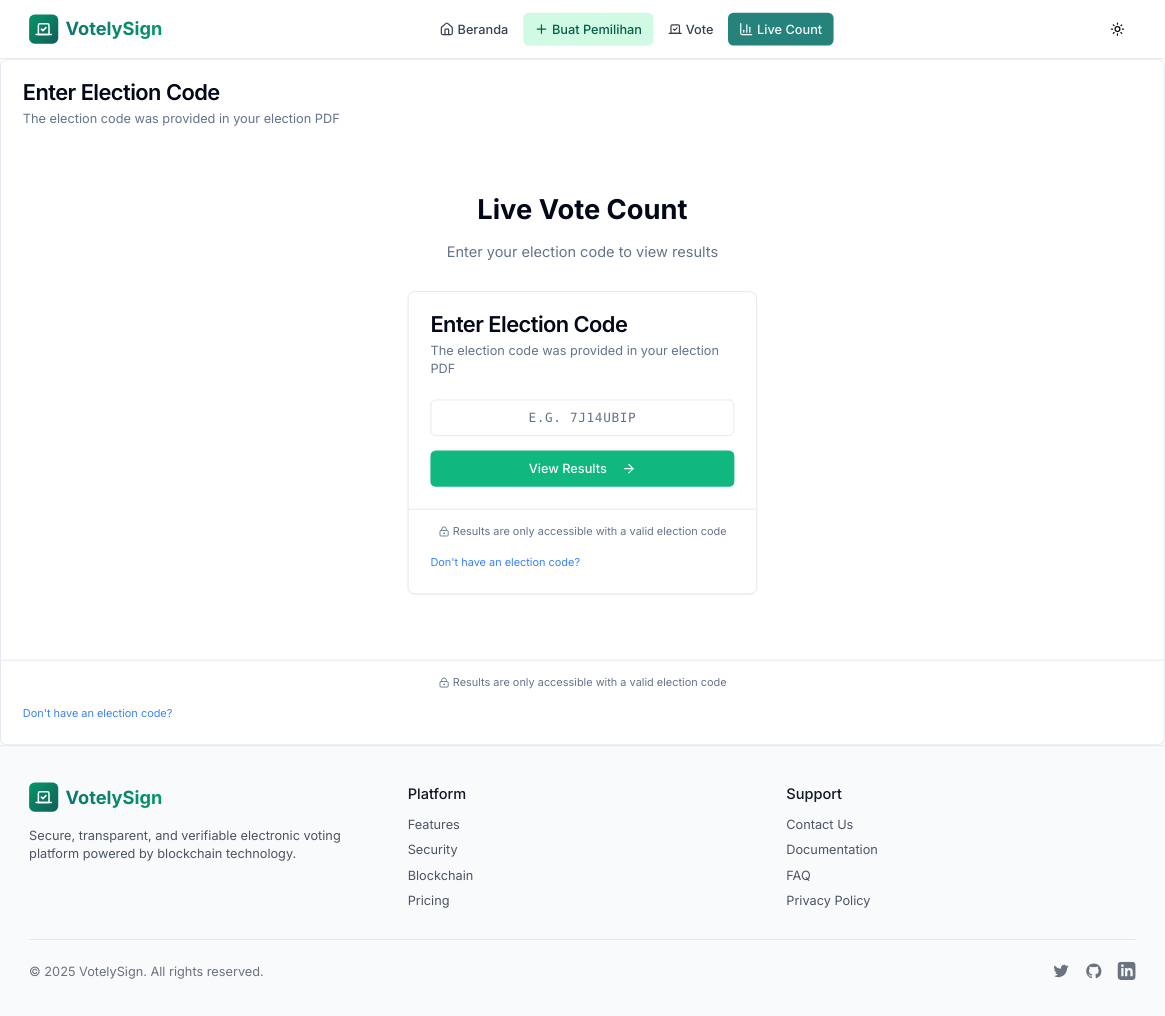
Repository: padiil/VotelySign
Page: /live-count
An editor plug-in stored every save of this project. The page is shown before and after the next save, followed by the edit.
The browser window is 1280 px wide. The pictures show the whole page, at 91% of full size.
The project was rebuilt for these pictures with package versions that can differ from the ones it lists, and the page was loaded fresh each time. The framework's server and built-in components were replaced by stand-ins that run in the browser. Also part of the build but not shown: next.config.mjs, components/ui/badge.tsx, components/ui/tabs.tsx, components/live-count/vote-distribution-chart.tsx, components/live-count/election-stats.tsx, components/live-count/live-updates.tsx, components/ui/avatar.tsx, components/ui/progress.tsx and 5 more.

Above is the page before, as saved 2025-05-22 23:27:59.

### app/layout.tsx
import React from "react";
import type { Metadata } from "next";
import { Inter } from "next/font/google";
import "./globals.css";
import { ThemeProvider } from "@/components/theme-provider";
import { Navbar } from "@/components/navbar";
import { Footer } from "@/components/footer";

const inter = Inter({ subsets: ["latin"] });

export const metadata: Metadata = {
  title: "VotelySign - Digital Voting Platform",
  description: "Vote digitally, signed & secured by blockchain",
  generator: "v0.dev",
};

export default function RootLayout({
  children,
}: Readonly<{
  children: React.ReactNode;
}>) {
  return (
    <html lang="en" suppressHydrationWarning>
      <body className={inter.className}>
        <ThemeProvider attribute="class" defaultTheme="light">
          <Navbar/>
          {children}
          <Footer/>
        </ThemeProvider>
      </body>
    </html>
  );
}

### app/globals.css
@tailwind base;
@tailwind components;
@tailwind utilities;

@layer base {
  :root {
    --background: 0 0% 100%;
    --foreground: 222.2 84% 4.9%;
    --card: 0 0% 100%;
    --card-foreground: 222.2 84% 4.9%;
    --popover: 0 0% 100%;
    --popover-foreground: 222.2 84% 4.9%;
    --primary: 160 84% 39%;
    --primary-foreground: 210 40% 98%;
    --secondary: 210 40% 96.1%;
    --secondary-foreground: 222.2 47.4% 11.2%;
    --muted: 210 40% 96.1%;
    --muted-foreground: 215.4 16.3% 46.9%;
    --accent: 210 40% 96.1%;
    --accent-foreground: 222.2 47.4% 11.2%;
    --destructive: 0 84.2% 60.2%;
    --destructive-foreground: 210 40% 98%;
    --border: 214.3 31.8% 91.4%;
    --input: 214.3 31.8% 91.4%;
    --ring: 160 84% 39%;
    --radius: 0.5rem;
  }

  .dark {
    --background: 222.2 84% 4.9%;
    --foreground: 210 40% 98%;
    --card: 222.2 84% 4.9%;
    --card-foreground: 210 40% 98%;
    --popover: 222.2 84% 4.9%;
    --popover-foreground: 210 40% 98%;
    --primary: 160 84% 39%;
    --primary-foreground: 222.2 47.4% 11.2%;
    --secondary: 217.2 32.6% 17.5%;
    --secondary-foreground: 210 40% 98%;
    --muted: 217.2 32.6% 17.5%;
    --muted-foreground: 215 20.2% 65.1%;
    --accent: 217.2 32.6% 17.5%;
    --accent-foreground: 210 40% 98%;
    --destructive: 0 62.8% 30.6%;
    --destructive-foreground: 210 40% 98%;
    --border: 217.2 32.6% 17.5%;
    --input: 217.2 32.6% 17.5%;
    --ring: 160 84% 39%;
  }
}

@layer base {
  * {
    @apply border-border;
  }
  body {
    @apply bg-background text-foreground;
  }
}

### components/navbar.tsx
"use client";

import * as React from "react";
import Link from "next/link";
import { usePathname } from "next/navigation";
import {
  Home,
  Vote,
  BarChart3,
  Plus,
  Moon,
  Sun,
  Menu,
  X,
  ChevronDown,
} from "lucide-react";
import { cn } from "@/lib/utils";
import { Button } from "@/components/ui/button";
import { Badge } from "@/components/ui/badge";
import { useTheme } from "next-themes";
import {
  DropdownMenu,
  DropdownMenuContent,
  DropdownMenuItem,
  DropdownMenuTrigger,
} from "@/components/ui/dropdown-menu";

interface NavbarProps {
  electionCode?: string;
  onChangeElection?: () => void;
  userRole?: "admin" | "voter" | null;
}

export function Navbar({
  electionCode,
  onChangeElection,
  userRole,
}: NavbarProps) {
  const pathname = usePathname();
  const [isMenuOpen, setIsMenuOpen] = React.useState(false);
  const { setTheme, theme } = useTheme();

  const routes = [
    {
      href: "/",
      label: "Beranda",
      icon: Home,
      active: pathname === "/",
    },
    {
      href: "/create",
      label: "Buat Pemilihan",
      icon: Plus,
      active: pathname === "/create",
      highlight: true,
    },
    {
      href: electionCode ? `/vote?code=${electionCode}` : "/vote",
      label: "Vote",
      icon: Vote,
      active: pathname === "/vote",
    },
    {
      href: electionCode ? `/live-count?code=${electionCode}` : "/live-count",
      label: "Live Count",
      icon: BarChart3,
      active: pathname === "/live-count",
    },
  ];

  return (
    <div className="sticky top-0 z-40 w-full backdrop-blur-md bg-white/70 dark:bg-gray-900/70 border-b border-gray-200 dark:border-gray-800 supports-backdrop-blur:bg-white/60 dark:supports-backdrop-blur:bg-gray-900/60">
      <div className="container flex h-16 items-center">
        {/* Left Section - Logo */}
        <div className="flex-none">
          <Link href="/" className="flex items-center gap-2">
            <div className="relative w-8 h-8 flex items-center justify-center rounded-md bg-gradient-to-br from-emerald-600 to-teal-800">
              <Vote className="h-5 w-5 text-white" />
            </div>
            <span className="hidden md:inline-block text-xl font-bold bg-gradient-to-r from-teal-700 to-emerald-600 bg-clip-text text-transparent">
              VotelySign
            </span>
          </Link>
        </div>

        {/* Center Section - Navigation Links */}
        <div className="flex-1 flex justify-center">
          {/* Desktop Navigation */}
          <nav className="hidden md:flex items-center gap-1">
            {routes.map((route) => (
              <Link key={route.href} href={route.href}>
                <Button
                  variant={
                    route.active
                      ? "default"
                      : route.highlight
                      ? "secondary"
                      : "ghost"
                  }
                  size="sm"
                  className={cn(
                    "gap-1 text-sm",
                    route.active
                      ? "bg-teal-700/90 hover:bg-teal-700"
                      : route.highlight
                      ? "bg-emerald-100 text-emerald-800 hover:bg-emerald-200 dark:bg-emerald-900/30 dark:text-emerald-400 dark:hover:bg-emerald-900/50"
                      : "text-gray-700 dark:text-gray-300"
                  )}
                >
                  <route.icon className="h-4 w-4" />
                  {route.label}
                </Button>
              </Link>
            ))}
          </nav>
        </div>

        {/* Right Section - ThemeToggle and other actions */}
        <div className="flex-none flex items-center gap-2">
          {electionCode && (
            <Badge
              variant="outline"
              className="hidden md:flex text-sm border-teal-700/40"
            >
              Code: <span className="font-mono ml-1">{electionCode}</span>
            </Badge>
          )}

          {onChangeElection && (
            <Button
              variant="outline"
              size="sm"
              onClick={onChangeElection}
              className="hidden md:flex text-teal-700 border-teal-700/40 hover:bg-teal-50 hover:text-teal-800 dark:hover:bg-teal-950"
            >
              Ganti Pemilihan
            </Button>
          )}

          {/* Theme Toggle Button */}
          <Button
            variant="ghost"
            size="icon"
            onClick={() => setTheme(theme === "dark" ? "light" : "dark")}
            className="hidden md:flex"
          >
            <Sun className="h-5 w-5 rotate-0 scale-100 transition-all dark:-rotate-90 dark:scale-0" />
            <Moon className="absolute h-5 w-5 rotate-90 scale-0 transition-all dark:rotate-0 dark:scale-100" />
            <span className="sr-only">Toggle theme</span>
          </Button>

          {/* Mobile menu button */}
          <Button
            variant="ghost"
            size="sm"
            className="md:hidden"
            onClick={() => setIsMenuOpen(!isMenuOpen)}
          >
            {isMenuOpen ? <X /> : <Menu />}
          </Button>
        </div>
      </div>

      {/* Mobile Navigation */}
      {isMenuOpen && (
        <div className="md:hidden container pb-3 space-y-1">
          {routes.map((route) => (
            <Link key={route.href} href={route.href} className="block">
              <Button
                variant={
                  route.active
                    ? "default"
                    : route.highlight
                    ? "secondary"
                    : "ghost"
                }
                size="sm"
                className={cn(
                  "w-full justify-start gap-2 text-sm mb-1",
                  route.active
                    ? "bg-teal-700/90 hover:bg-teal-700"
                    : route.highlight
                    ? "bg-emerald-100 text-emerald-800 hover:bg-emerald-200 dark:bg-emerald-900/30 dark:text-emerald-400"
                    : "text-gray-700 dark:text-gray-300"
                )}
                onClick={() => setIsMenuOpen(false)}
              >
                <route.icon className="h-4 w-4" />
                {route.label}
              </Button>
            </Link>
          ))}

          {electionCode && (
            <div className="px-2 py-1 text-sm text-gray-500 dark:text-gray-400">
              Election Code: <span className="font-mono">{electionCode}</span>
            </div>
          )}

          {onChangeElection && (
            <Button
              variant="outline"
              size="sm"
              onClick={() => {
                setIsMenuOpen(false);
                onChangeElection();
              }}
              className="w-full justify-start text-teal-700 dark:text-teal-500"
            >
              Ganti Pemilihan
            </Button>
          )}

          {/* Mobile theme toggle */}
          <div className="px-2 py-2 flex justify-between items-center border-t border-gray-100 dark:border-gray-800 mt-2">
            <span className="text-sm text-gray-500 dark:text-gray-400">
              Theme
            </span>
            <Button
              variant="ghost"
              size="icon"
              onClick={() => setTheme(theme === "dark" ? "light" : "dark")}
            >
              <Sun className="h-5 w-5 rotate-0 scale-100 transition-all dark:-rotate-90 dark:scale-0" />
              <Moon className="absolute h-5 w-5 rotate-90 scale-0 transition-all dark:rotate-0 dark:scale-100" />
              <span className="sr-only">Toggle theme</span>
            </Button>
          </div>
        </div>
      )}
    </div>
  );
}

### components/ui/button.tsx
import * as React from "react"
import { Slot } from "@radix-ui/react-slot"
import { cva, type VariantProps } from "class-variance-authority"

import { cn } from "@/lib/utils"

const buttonVariants = cva(
  "inline-flex items-center justify-center gap-2 whitespace-nowrap rounded-md text-sm font-medium ring-offset-background transition-colors focus-visible:outline-none focus-visible:ring-2 focus-visible:ring-ring focus-visible:ring-offset-2 disabled:pointer-events-none disabled:opacity-50 [&_svg]:pointer-events-none [&_svg]:size-4 [&_svg]:shrink-0",
  {
    variants: {
      variant: {
        default: "bg-primary text-primary-foreground hover:bg-primary/90",
        destructive:
          "bg-destructive text-destructive-foreground hover:bg-destructive/90",
        outline:
          "border border-input bg-background hover:bg-accent hover:text-accent-foreground",
        secondary:
          "bg-secondary text-secondary-foreground hover:bg-secondary/80",
        ghost: "hover:bg-accent hover:text-accent-foreground",
        link: "text-primary underline-offset-4 hover:underline",
      },
      size: {
        default: "h-10 px-4 py-2",
        sm: "h-9 rounded-md px-3",
        lg: "h-11 rounded-md px-8",
        icon: "h-10 w-10",
      },
    },
    defaultVariants: {
      variant: "default",
      size: "default",
    },
  }
)

export interface ButtonProps
  extends React.ButtonHTMLAttributes<HTMLButtonElement>,
    VariantProps<typeof buttonVariants> {
  asChild?: boolean
}

const Button = React.forwardRef<HTMLButtonElement, ButtonProps>(
  ({ className, variant, size, asChild = false, ...props }, ref) => {
    const Comp = asChild ? Slot : "button"
    return (
      <Comp
        className={cn(buttonVariants({ variant, size, className }))}
        ref={ref}
        {...props}
      />
    )
  }
)
Button.displayName = "Button"

export { Button, buttonVariants }

### components/ui/card.tsx
import * as React from "react"

import { cn } from "@/lib/utils"

const Card = React.forwardRef<
  HTMLDivElement,
  React.HTMLAttributes<HTMLDivElement>
>(({ className, ...props }, ref) => (
  <div
    ref={ref}
    className={cn(
      "rounded-lg border bg-card text-card-foreground shadow-sm",
      className
    )}
    {...props}
  />
))
Card.displayName = "Card"

const CardHeader = React.forwardRef<
  HTMLDivElement,
  React.HTMLAttributes<HTMLDivElement>
>(({ className, ...props }, ref) => (
  <div
    ref={ref}
    className={cn("flex flex-col space-y-1.5 p-6", className)}
    {...props}
  />
))
CardHeader.displayName = "CardHeader"

const CardTitle = React.forwardRef<
  HTMLDivElement,
  React.HTMLAttributes<HTMLDivElement>
>(({ className, ...props }, ref) => (
  <div
    ref={ref}
    className={cn(
      "text-2xl font-semibold leading-none tracking-tight",
      className
    )}
    {...props}
  />
))
CardTitle.displayName = "CardTitle"

const CardDescription = React.forwardRef<
  HTMLDivElement,
  React.HTMLAttributes<HTMLDivElement>
>(({ className, ...props }, ref) => (
  <div
    ref={ref}
    className={cn("text-sm text-muted-foreground", className)}
    {...props}
  />
))
CardDescription.displayName = "CardDescription"

const CardContent = React.forwardRef<
  HTMLDivElement,
  React.HTMLAttributes<HTMLDivElement>
>(({ className, ...props }, ref) => (
  <div ref={ref} className={cn("p-6 pt-0", className)} {...props} />
))
CardContent.displayName = "CardContent"

const CardFooter = React.forwardRef<
  HTMLDivElement,
  React.HTMLAttributes<HTMLDivElement>
>(({ className, ...props }, ref) => (
  <div
    ref={ref}
    className={cn("flex items-center p-6 pt-0", className)}
    {...props}
  />
))
CardFooter.displayName = "CardFooter"

export { Card, CardHeader, CardFooter, CardTitle, CardDescription, CardContent }

### lib/db.ts
// lib/db.ts
import { neon } from "@neondatabase/serverless";
import { drizzle } from "drizzle-orm/neon-http";
import * as schema from "./schema";

// Create a singleton Neon client for server-side
let serverDbInstance: ReturnType<typeof drizzle> | null = null;

export const createServerDbClient = () => {
  if (serverDbInstance) return serverDbInstance;

  const sql = neon(process.env.DATABASE_URL!);
  serverDbInstance = drizzle(sql, { schema });
  return serverDbInstance;
};
const sql = neon(process.env.DATABASE_URL!);
export const db = drizzle(sql, { schema });

### components/ui/input.tsx
import * as React from "react"

import { cn } from "@/lib/utils"

const Input = React.forwardRef<HTMLInputElement, React.ComponentProps<"input">>(
  ({ className, type, ...props }, ref) => {
    return (
      <input
        type={type}
        className={cn(
          "flex h-10 w-full rounded-md border border-input bg-background px-3 py-2 text-base ring-offset-background file:border-0 file:bg-transparent file:text-sm file:font-medium file:text-foreground placeholder:text-muted-foreground focus-visible:outline-none focus-visible:ring-2 focus-visible:ring-ring focus-visible:ring-offset-2 disabled:cursor-not-allowed disabled:opacity-50 md:text-sm",
          className
        )}
        ref={ref}
        {...props}
      />
    )
  }
)
Input.displayName = "Input"

export { Input }

### tailwind.config.ts
import type { Config } from "tailwindcss"

const config: Config = {
  darkMode: ["class"],
  content: [
    "./pages/**/*.{js,ts,jsx,tsx,mdx}",
    "./components/**/*.{js,ts,jsx,tsx,mdx}",
    "./app/**/*.{js,ts,jsx,tsx,mdx}",
    "*.{js,ts,jsx,tsx,mdx}",
  ],
  theme: {
    container: {
      center: true,
      padding: "2rem",
      screens: {
        "2xl": "1400px",
      },
    },
    extend: {
      colors: {
        border: "hsl(var(--border))",
        input: "hsl(var(--input))",
        ring: "hsl(var(--ring))",
        background: "hsl(var(--background))",
        foreground: "hsl(var(--foreground))",
        primary: {
          DEFAULT: "hsl(var(--primary))",
          foreground: "hsl(var(--primary-foreground))",
        },
        secondary: {
          DEFAULT: "hsl(var(--secondary))",
          foreground: "hsl(var(--secondary-foreground))",
        },
        destructive: {
          DEFAULT: "hsl(var(--destructive))",
          foreground: "hsl(var(--destructive-foreground))",
        },
        muted: {
          DEFAULT: "hsl(var(--muted))",
          foreground: "hsl(var(--muted-foreground))",
        },
        accent: {
          DEFAULT: "hsl(var(--accent))",
          foreground: "hsl(var(--accent-foreground))",
        },
        popover: {
          DEFAULT: "hsl(var(--popover))",
          foreground: "hsl(var(--popover-foreground))",
        },
        card: {
          DEFAULT: "hsl(var(--card))",
          foreground: "hsl(var(--card-foreground))",
        },
      },
      borderRadius: {
        lg: "var(--radius)",
        md: "calc(var(--radius) - 2px)",
        sm: "calc(var(--radius) - 4px)",
      },
    },
  },
  plugins: [],
}

export default config

Loaded but not shown: components/theme-provider.tsx (common file); components/ui/collapsible.tsx (common file); lib/utils.ts (common file); app/live-count/page.tsx (351 lines, source omitted); actions/election-actions.ts (253 lines, source omitted); components/footer.tsx (166 lines, source omitted); lib/schema.ts (123 lines, source omitted); components/live-count/election-code-form.tsx (110 lines, source omitted)

After the next save:
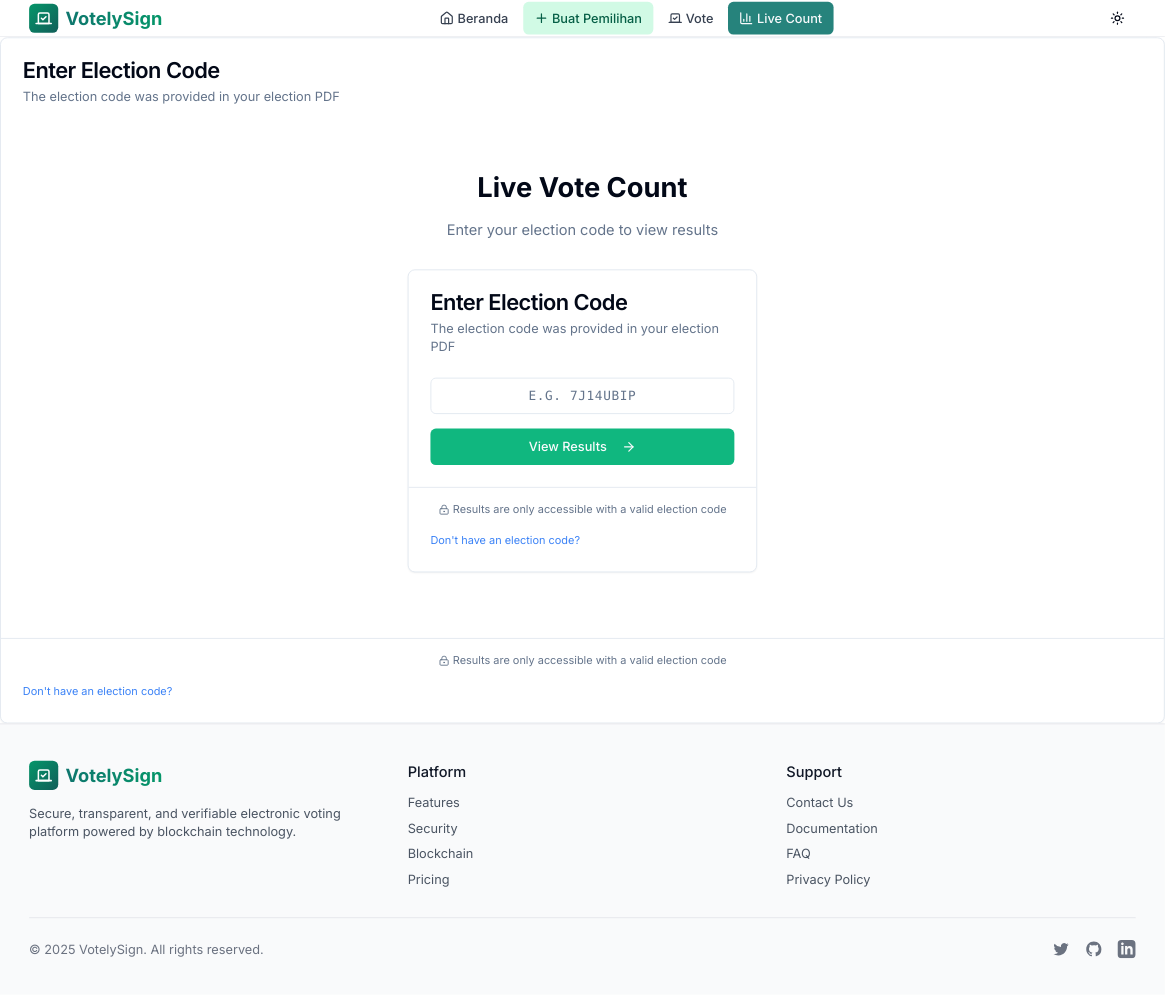
Saved 49 s later.
--- a/components/navbar.tsx
+++ b/components/navbar.tsx
@@ -70,7 +70,7 @@
 
   return (
     <div className="sticky top-0 z-40 w-full backdrop-blur-md bg-white/70 dark:bg-gray-900/70 border-b border-gray-200 dark:border-gray-800 supports-backdrop-blur:bg-white/60 dark:supports-backdrop-blur:bg-gray-900/60">
-      <div className="container flex h-16 items-center">
+      <div className="container flex items-center">
         {/* Left Section - Logo */}
         <div className="flex-none">
           <Link href="/" className="flex items-center gap-2">

After the save that followed:
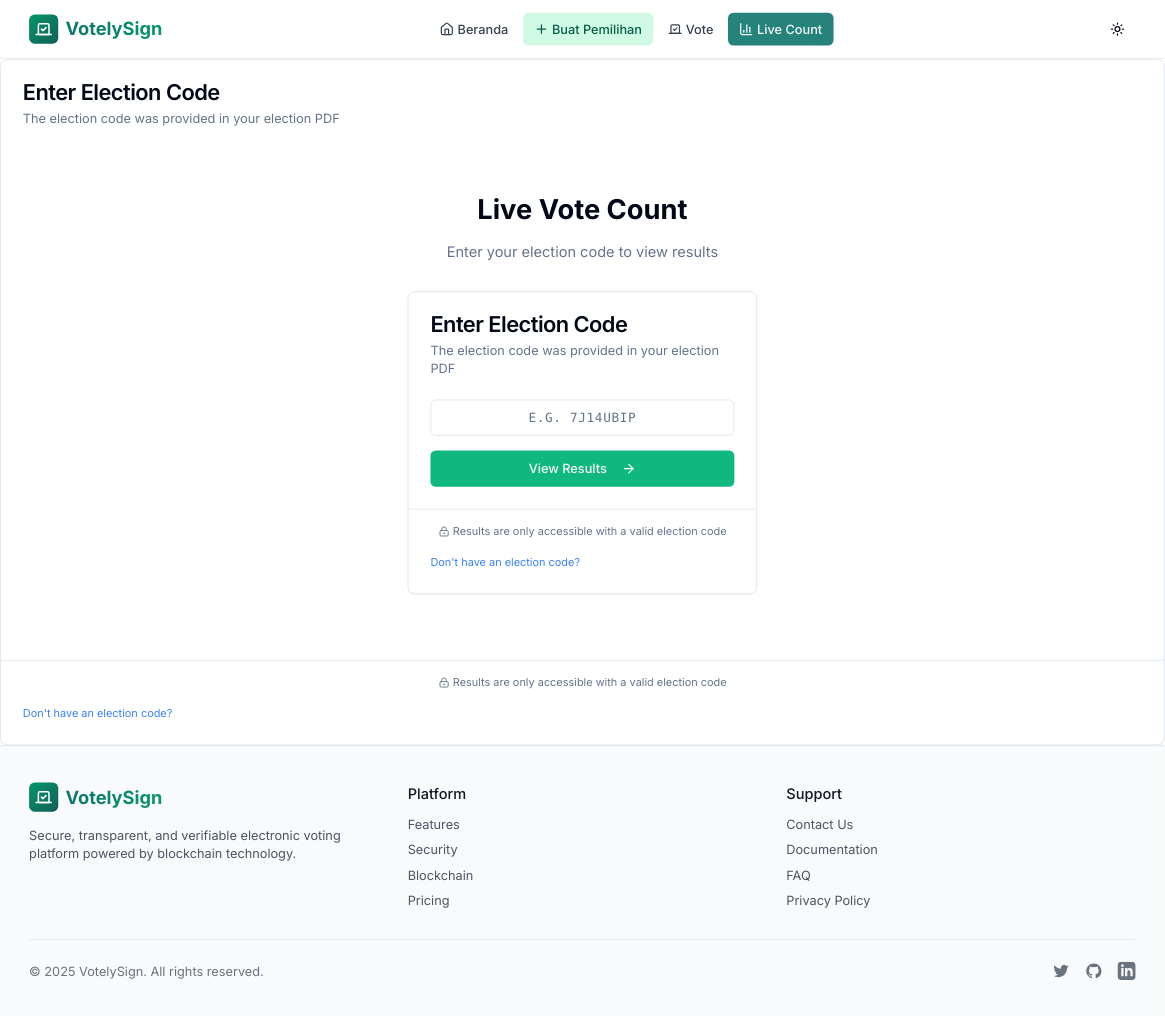
Saved 5 s later.
--- a/components/navbar.tsx
+++ b/components/navbar.tsx
@@ -70,7 +70,7 @@
 
   return (
     <div className="sticky top-0 z-40 w-full backdrop-blur-md bg-white/70 dark:bg-gray-900/70 border-b border-gray-200 dark:border-gray-800 supports-backdrop-blur:bg-white/60 dark:supports-backdrop-blur:bg-gray-900/60">
-      <div className="container flex items-center">
+      <div className="container flex h-16 items-center">
         {/* Left Section - Logo */}
         <div className="flex-none">
           <Link href="/" className="flex items-center gap-2">
